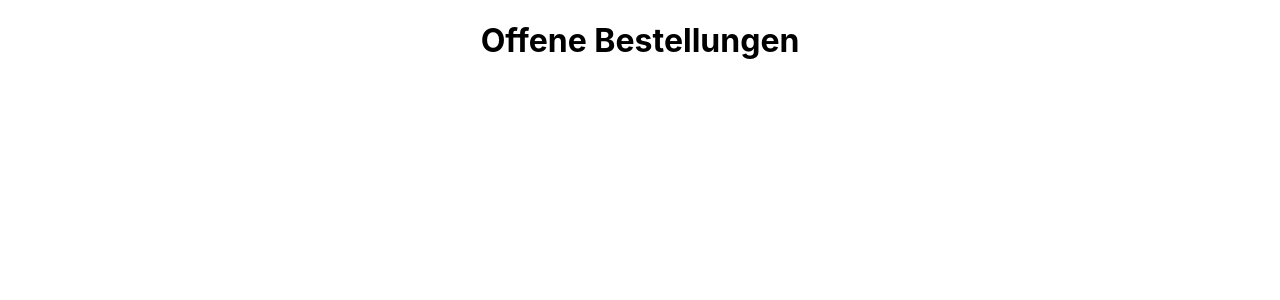
Repository: Esatollah/MedDemo
Page: /bestellungen (app in client/)
An editor plug-in stored every save of this project. The page is shown before and after the next save, followed by the edit.
The browser window is 1280 px wide. The pictures show the whole page.
The page's requests for data from a server got no answer. The project was rebuilt for these pictures with package versions that can differ from the ones it lists, and the page was loaded fresh each time. No one was signed in, and anything a server would have sent is missing. Also part of the build but not shown: client/src/App.css, client/src/components/Form.jsx, client/src/Routes/Search.jsx.

Above is the page before, as saved 2022-06-05 12:48:07.

After the next save:
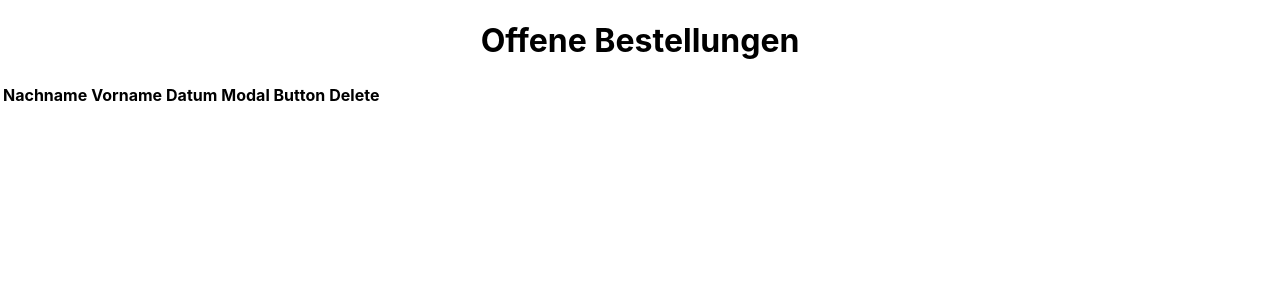
Saved 6 min 56 s later.
--- a/client/src/Routes/Bestellungen.jsx
+++ b/client/src/Routes/Bestellungen.jsx
@@ -1,11 +1,12 @@
 import React, {useState, useEffect} from 'react'
 import DrugAPI from '../api/DrugAPI';
-
+import Modal from 'react-modal';
 
 const Bestellungen = () => {
 
     const [orders, setOrders] = useState([]);
     const [modalid, setModalid] = useState(0);
+    const [modalbool, setModalbool] = useState(false);
 
     const getOrders = async () => {
         try {
@@ -23,7 +24,31 @@ const Bestellungen = () => {
   return (
     <div>
         <h1>Offene Bestellungen</h1>
+        <table>
+          <thead>
+            <tr>
+              <th scope='col'>Nachname</th>
+              <th scope='col'>Vorname</th>
+              <th scope='col'>Datum</th>
+              <th scope='col'>Modal Button</th>
+              <th scope='col'>Delete</th>
 
+            </tr>
+          </thead>
+          <tbody>
+            {orders && orders.map((x) => {
+              return (
+                <tr key={x.id} className="drug-row" >
+                <td className={x.name}>{x.name}</td>
+                <td>{x.menge}</td>
+                <td>{x.mengenart}</td>
+                <td><button onClick={(e) => {handleDrugClick(e, x)}}>+</ button></td>
+                </tr>
+              )
+            })}
+          </tbody>
+
+        </table>
     </div>
   )
 }
